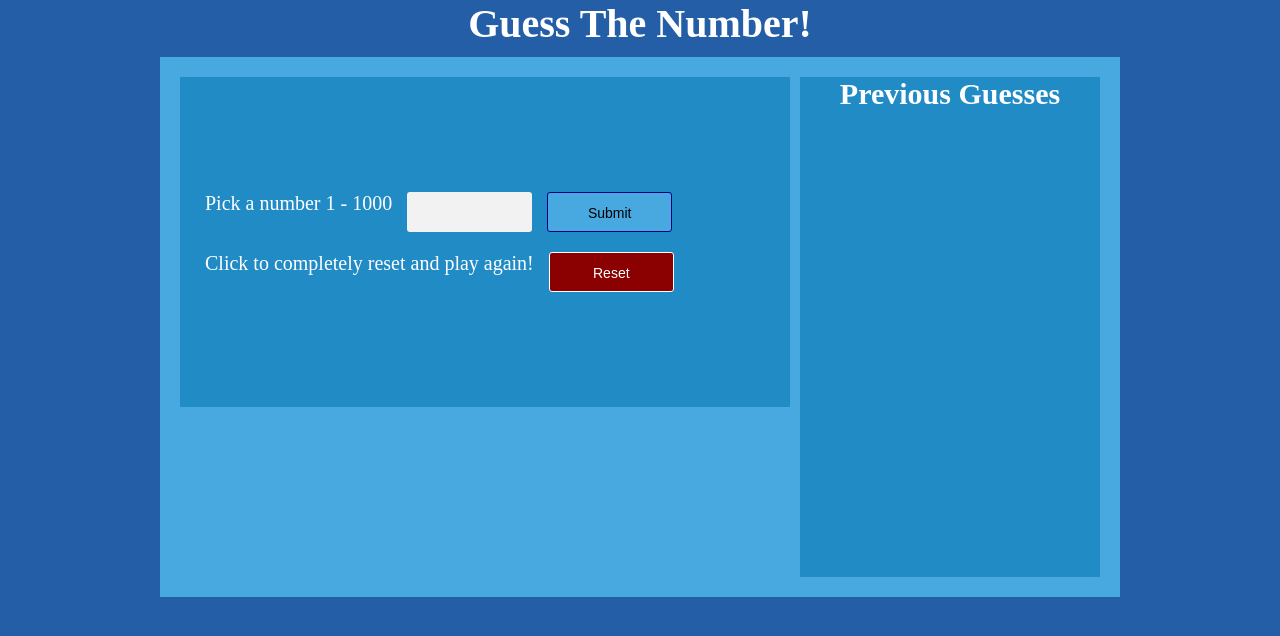
Repository: mlmEFSC21/P15-Modified-Guessing-Game
Page: guess.html
The author's editor kept a copy of each file at every save. The page is drawn from the files as they stood at one save, then again after the next save.
The browser window is 1280 px wide. The pictures show the whole page.

Above is the page before, as saved 2022-03-21 20:53:49.

After the next save:
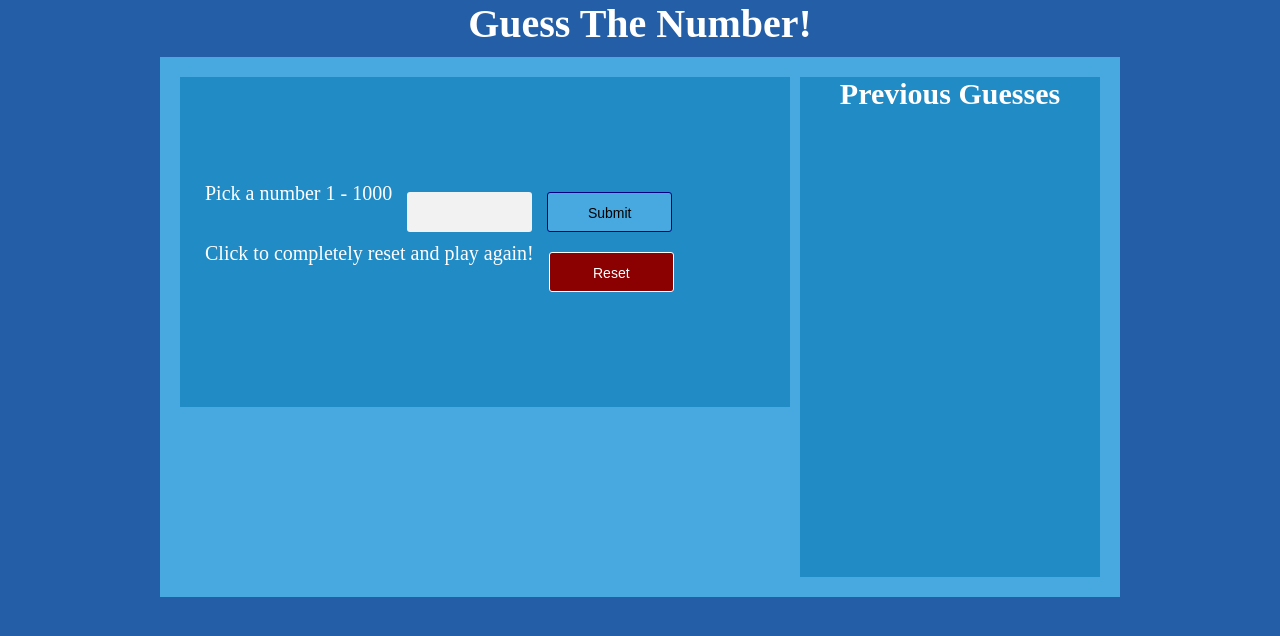
Saved 22 s later.
--- a/guess.css
+++ b/guess.css
@@ -55,7 +55,7 @@ button {
 }
 label {
     margin-right: 15px;
-    margin-block: 10px;
+    /* margin-block: 10px; */
 }
 input {
     border: none;
